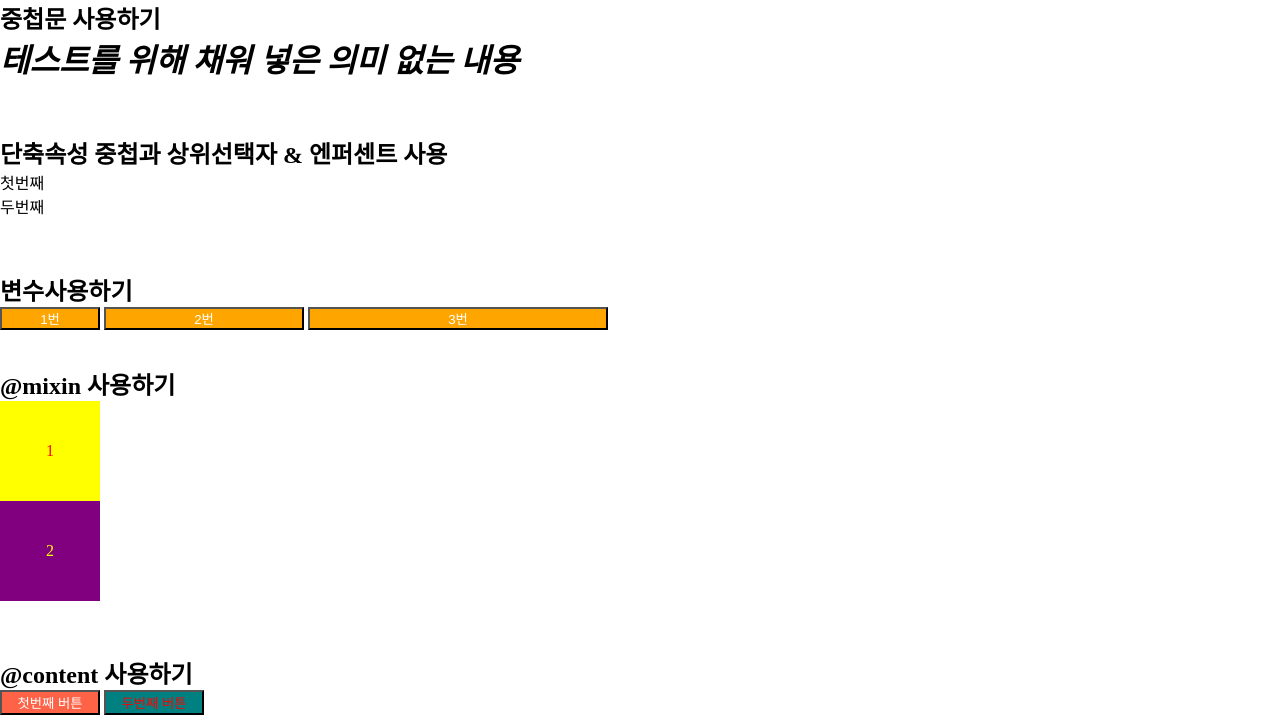
Repository: Axing00/SCSS
Page: test/index.html
These files come from the project's save history. The page is drawn as it stood at one moment and after the next save; the edit follows.
The browser window is 1280 px wide. The pictures show the whole page.
The style sheet was rebuilt from its Sass, Less or Tailwind sources for each picture, by a compiler version that may differ from the author's.

Above is the page before, as saved 2023-03-20 16:22:34.

After the next save:
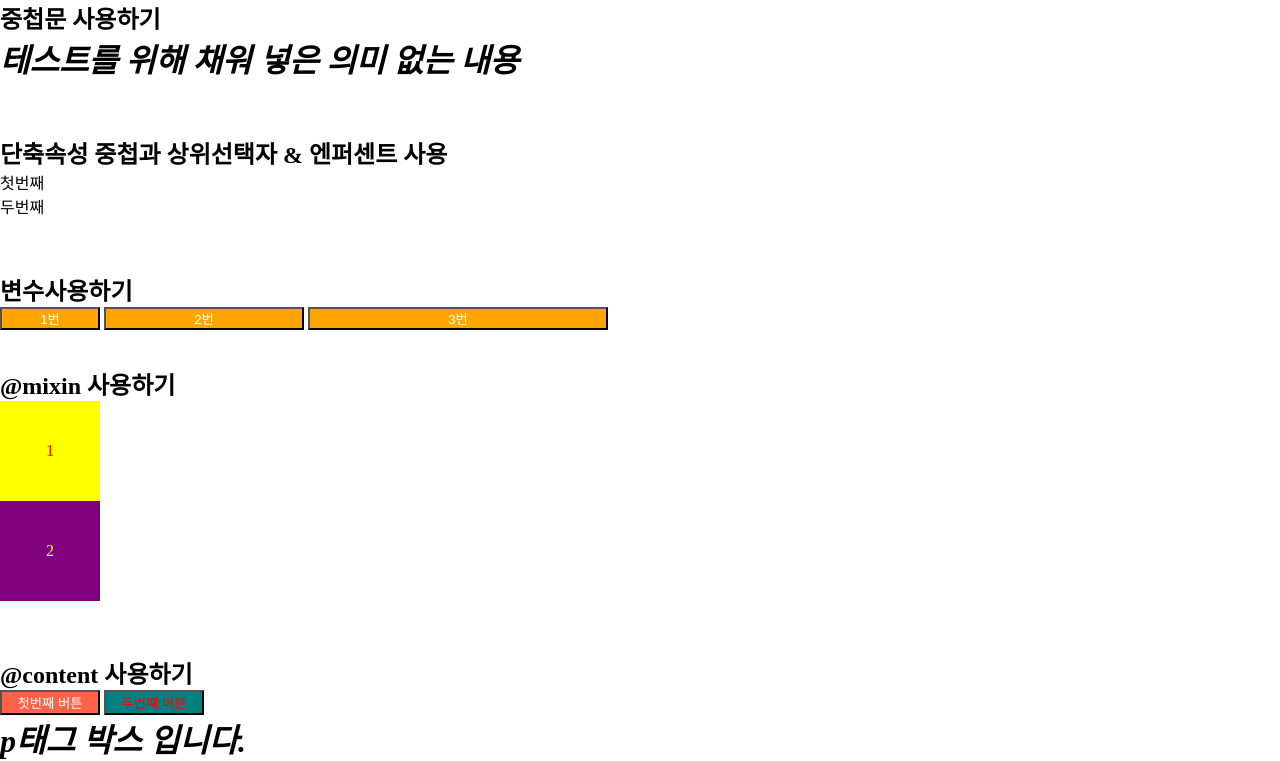
Saved 2 min 43 s later.
--- a/test/index.html
+++ b/test/index.html
@@ -47,6 +47,9 @@
 	<button class="click_two">두번째 버튼</button>
 
 
+	<p>p태그 박스 입니다.</p>
+
+
 
 
 
